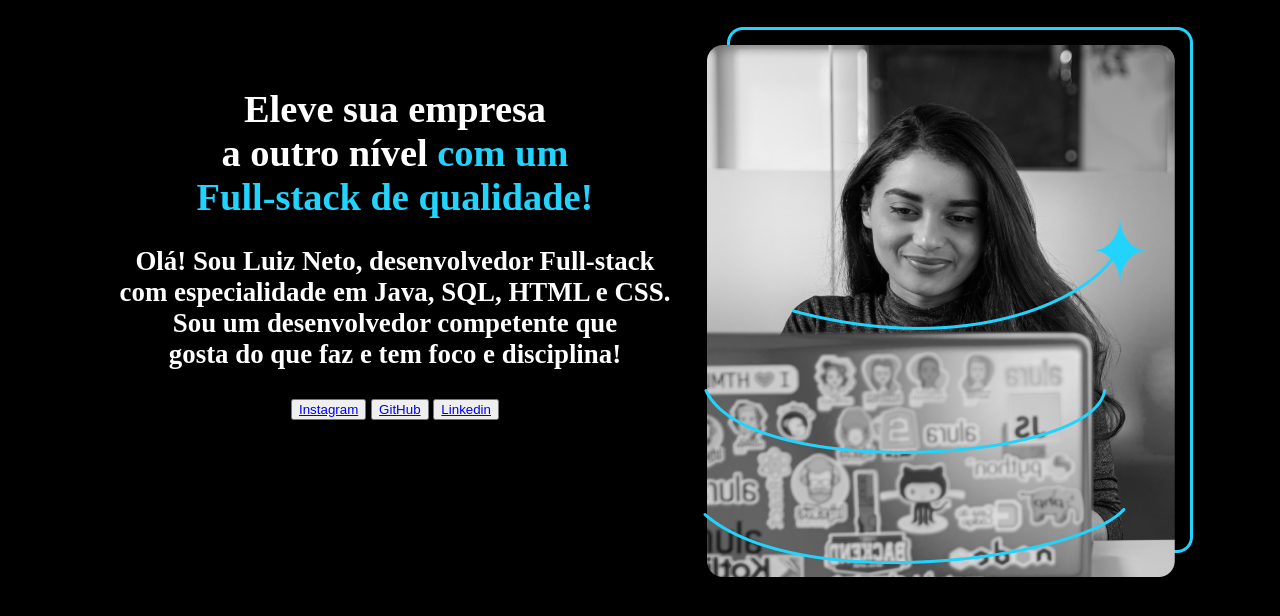
Repository: luiz123098/Sobre-mim-em-HTM-CSS
Page: htmlcss.html
The author's editor kept a copy of each file at every save. The page is drawn from the files as they stood at one save, then again after the next save.
The browser window is 1280 px wide. The pictures show the whole page.

Above is the page before, as saved 2023-03-08 14:37:32.

After the next save:
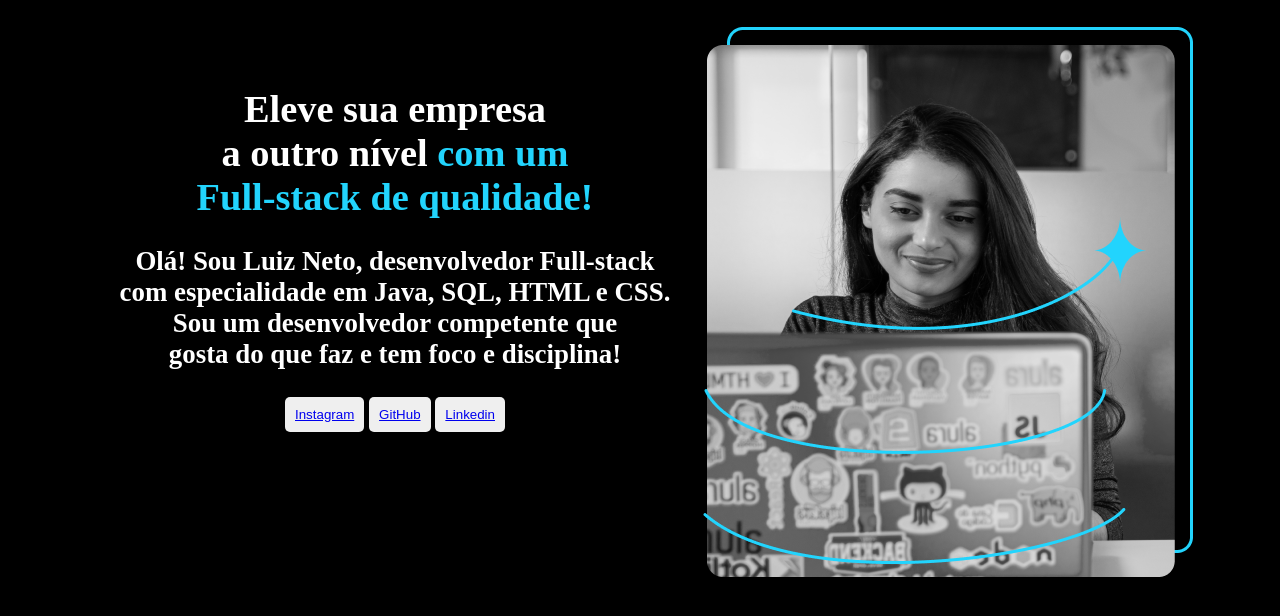
Saved 24 s later.
--- a/style.Css
+++ b/style.Css
@@ -46,7 +46,7 @@
     font-size: 1.2rem;
 }
 
-.btn {
+button {
         border: none;
         padding: 10px;
         text-decoration: none;
